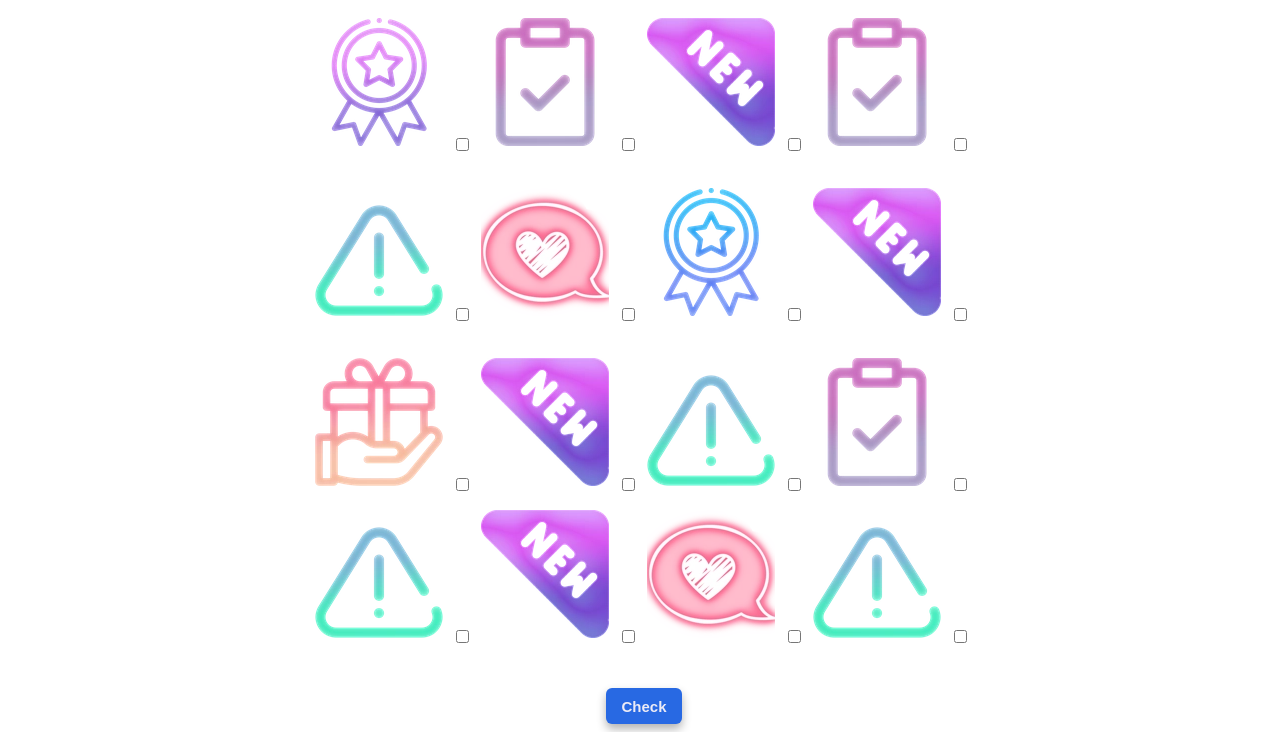
Repository: vichubenzene/-MWin_ui
Page: main.html
An editor plug-in stored every save of this project. The page is shown before and after the next save, followed by the edit.
The browser window is 1280 px wide. The pictures show the whole page.

Above is the page before, as saved 2022-10-10 16:48:07.

After the next save:
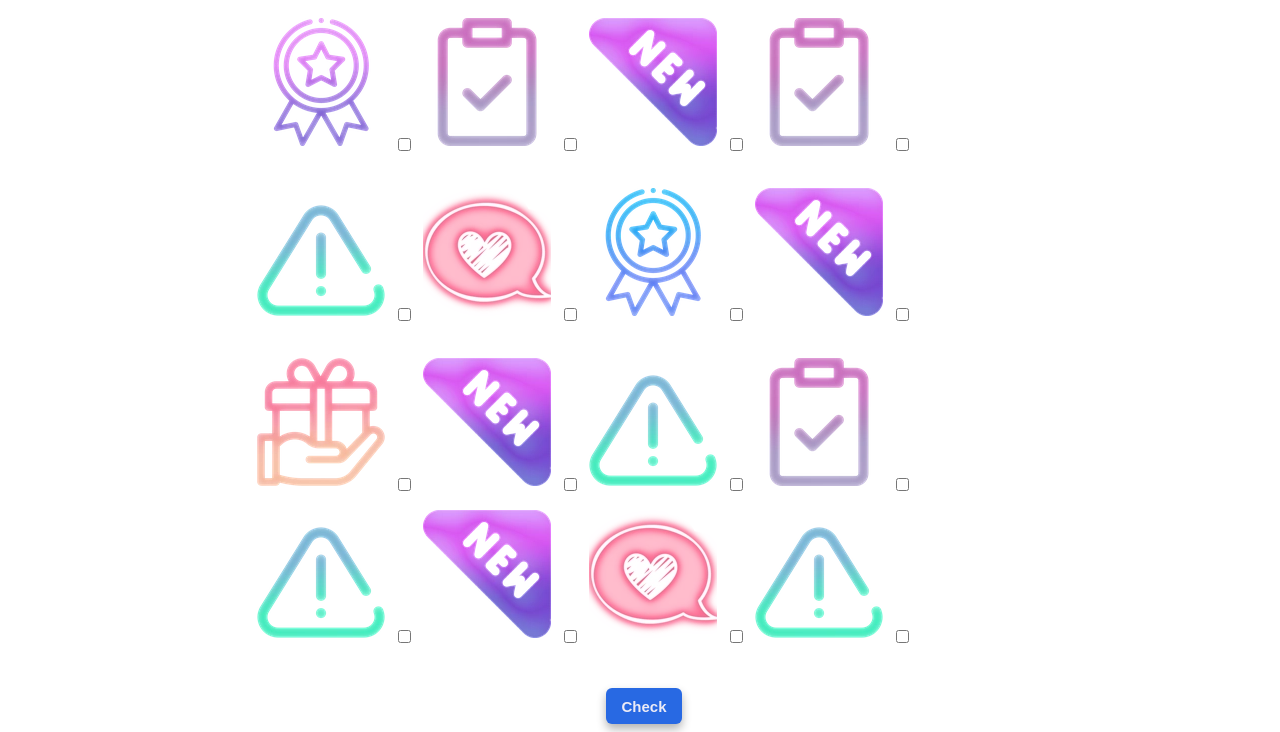
Saved 16 min 27 s later.
--- a/main.html
+++ b/main.html
@@ -6,6 +6,10 @@
         .column {
             float: center;
             padding: 5px;
+            height: 90%;
+            max-height: 90vh;
+            max-width: 90%;
+            ;
             min-width: "22vh";
             min-height: "22vh";
         }
@@ -44,26 +48,26 @@
     <div class="row" style=" text-align: center">
         <div class="column" style=" text-align: center">
 
-            <img src="images/834538140450160661.png" id="i1" alt="Snow" style="padding: 5px">
+            <img src="images/834538140450160661.png" id="i1" alt="Snow" style="padding: 5px; height: 90%; max-height: 90vh; max-width: 90%;">
             <input type="checkbox" id="myCheckbox1" />
-            <img src="images/834541394987057242.png" id="i2" alt="Snow" style="padding: 5px">
+            <img src="images/834541394987057242.png" id="i2" alt="Snow" style="padding: 5px; height: 90%; max-height: 90vh; max-width: 90%;">
             <input type="checkbox" id="myCheckbox2" />
-            <img src="images/834535415628562442 (1).png" id="i3" alt="Snow" style=" padding: 5px">
+            <img src="images/834535415628562442 (1).png" id="i3" alt="Snow" style=" padding: 5px; height: 90%; max-height: 90vh; max-width: 90%;">
             <input type="checkbox" id="myCheckbox3" />
-            <img src="images/834541394987057242.png" id="i10" alt="Snow" style="padding: 5px">
+            <img src="images/834541394987057242.png" id="i10" alt="Snow" style="padding: 5px; height: 90%; max-height: 90vh; max-width: 90%;">
             <input type="checkbox" id="myCheckbox10" />
         </div>
     </div>
     <br>
     <div class="row" style=" text-align: center">
         <div class="column" style=" text-align: center">
-            <img src="images/834541395074613248.png" id="i4" alt="Snow" style="padding: 5px">
+            <img src="images/834541395074613248.png" id="i4" alt="Snow" style="padding: 5px; height: 90%; max-height: 90vh; max-width: 90%;">
             <input type="checkbox" id="myCheckbox4" />
-            <img src="images/881778101003120652 (1).png" id="i5" alt="Snow" style="padding: 5px">
+            <img src="images/881778101003120652 (1).png" id="i5" alt="Snow" style="padding: 5px; height: 90%; max-height: 90vh; max-width: 90%;">
             <input type="checkbox" id="myCheckbox5" />
-            <img src="images/834541395930251336.png" id="i6" alt="Snow" style="padding: 5px">
+            <img src="images/834541395930251336.png" id="i6" alt="Snow" style="padding: 5px; height: 90%; max-height: 90vh; max-width: 90%;">
             <input type="checkbox" id="myCheckbox6" />
-            <img src="images/834535415628562442 (1).png" id="i11" alt="Snow" style="padding: 5px">
+            <img src="images/834535415628562442 (1).png" id="i11" alt="Snow" style="padding: 5px; height: 90%; max-height: 90vh; max-width: 90%;">
             <input type="checkbox" id="myCheckbox11" />
 
         </div>
@@ -71,25 +75,25 @@
     <br>
     <div class="row" style=" text-align: center">
         <div class="column" style=" text-align: center">
-            <img src="images/834541395749371916.png" id="i7" alt="Snow" style="padding: 5px">
+            <img src="images/834541395749371916.png" id="i7" alt="Snow" style="padding: 5px; height: 90%; max-height: 90vh; max-width: 90%;">
             <input type="checkbox" id="myCheckbox7" />
-            <img src="images/834535415628562442 (1).png" id="i8" alt="Snow" style="padding: 5px">
+            <img src="images/834535415628562442 (1).png" id="i8" alt="Snow" style="padding: 5px; height: 90%; max-height: 90vh; max-width: 90%;">
             <input type="checkbox" id="myCheckbox8" />
-            <img src="images/834541395074613248.png" id="i9" alt="Snow" style="padding: 5px">
+            <img src="images/834541395074613248.png" id="i9" alt="Snow" style="padding: 5px; height: 90%; max-height: 90vh; max-width: 90%;">
             <input type="checkbox" id="myCheckbox9" />
-            <img src="images/834541394987057242.png" id="i12" alt="Snow" style="padding: 5px">
+            <img src="images/834541394987057242.png" id="i12" alt="Snow" style="padding: 5px; height: 90%; max-height: 90vh; max-width: 90%;">
             <input type="checkbox" id="myCheckbox12" />
         </div>
     </div>
     <div class="row" style=" text-align: center">
         <div class="column" style=" text-align: center">
-            <img src="images/834541395074613248.png" id="i13" alt="Snow" style="padding: 5px">
+            <img src="images/834541395074613248.png" id="i13" alt="Snow" style="padding: 5px; height: 90%; max-height: 90vh; max-width: 90%;">
             <input type="checkbox" id="myCheckbox13" />
-            <img src="images/834535415628562442 (1).png" id="i14" alt="Snow" style="padding: 5px">
+            <img src="images/834535415628562442 (1).png" id="i14" alt="Snow" style="padding: 5px; height: 90%; max-height: 90vh; max-width: 90%;">
             <input type="checkbox" id="myCheckbox14" />
-            <img src="images/881778101003120652 (1).png" id="i15" alt="Snow" style="padding: 5px">
+            <img src="images/881778101003120652 (1).png" id="i15" alt="Snow" style="padding: 5px; height: 90%; max-height: 90vh; max-width: 90%;">
             <input type="checkbox" id="myCheckbox15" />
-            <img src="images/834541395074613248.png" id="i16" alt="Snow" style="padding: 5px">
+            <img src="images/834541395074613248.png" id="i16" alt="Snow" style="padding: 5px; height: 90%; max-height: 90vh; max-width: 90%;">
             <input type="checkbox" id="myCheckbox16" />
         </div>
     </div>
